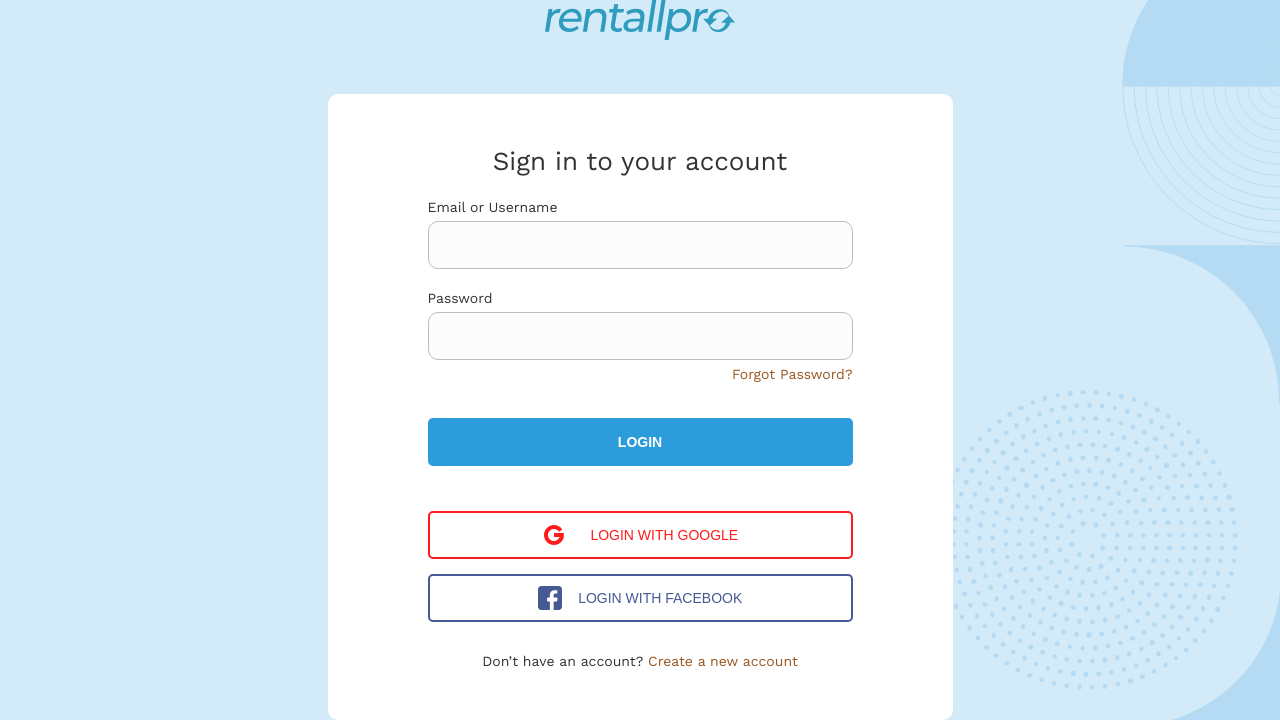
Repository: RentallPro/rentallpro-frontend
Page: /
An editor plug-in stored every save of this project. The page is shown before and after the next save, followed by the edit.
The browser window is 1280 px wide. The pictures show the whole page.
The project was rebuilt for these pictures with package versions that can differ from the ones it lists, and the page was loaded fresh each time.

Above is the page before, as saved 2020-12-09 22:30:50.

### public/index.html
<!DOCTYPE html>
<html lang="en">
  <head>
    <meta charset="utf-8">
    <meta http-equiv="X-UA-Compatible" content="IE=edge">
    <meta name="viewport" content="width=device-width,initial-scale=1.0">
    <link rel="icon" href="<%= BASE_URL %>favicon.ico">
    <link href="https://fonts.googleapis.com/css?family=Work+Sans&display=swap" rel="stylesheet">
    <title><%= htmlWebpackPlugin.options.title %></title>
  </head>
  <body>
    <noscript>
      <strong>We're sorry but <%= htmlWebpackPlugin.options.title %> doesn't work properly without JavaScript enabled. Please enable it to continue.</strong>
    </noscript>
    <div id="app"></div>
    <!-- built files will be auto injected -->
  </body>
</html>

### src/App.vue
<template>
  <div id="app">
    <router-view/>
  </div>
</template>

<style lang="scss">
* {
  margin: 0;
  padding: 0;
  box-sizing: border-box;
}
#app {
  font-family: 'Work Sans', sans-serif;
}
button {
  cursor: pointer;
}
</style>

### src/router/index.js
import Vue from 'vue'
import VueRouter from 'vue-router'
import Home from '../views/Home/Home.vue'

Vue.use(VueRouter)

const routes = [
  {
    path: '/',
    name: 'Home',
    component: Home
  },
  {
    path: '/about',
    name: 'About',
    // route level code-splitting
    // this generates a separate chunk (about.[hash].js) for this route
    // which is lazy-loaded when the route is visited.
    component: () => import(/* webpackChunkName: "about" */ '../views/About.vue')
  }
]

const router = new VueRouter({
  mode: 'history',
  base: process.env.BASE_URL,
  routes
})

export default router

### src/views/Home/Home.vue
<template>
  <div class="home">
    <div class="form-container">
      <div class="logo"><img src="@/assets/logo.svg" alt="logo"></div>
      <div class="form-wrapper">
        <h3 class="form-title">Sign in to your account</h3>
        <div class="input">
          <label for="Email">Email or Username</label>
          <input type="text">
        </div>
        <div class="input">
          <label for="password">Password</label>
          <input type="password">
          <p>Forgot Password?</p>
        </div>
        <button class="login-button button">
          LOGIN
        </button>
        <div class="social-buttons">
          <button class="google-button button">
            <svg width="24" height="24" viewBox="0 0 24 24" fill="none" xmlns="http://www.w3.org/2000/svg">
              <path d="M6 12C6 15.3137 8.68629 18 12 18C14.6124 18 16.8349 16.3304 17.6586 14H12V10H21.8047V14H21.8C20.8734 18.5645 16.8379 22 12 22C6.47715 22 2 17.5228 2 12C2 6.47715 6.47715 2 12 2C15.445 2 18.4831 3.742 20.2815 6.39318L17.0039 8.68815C15.9296 7.06812 14.0895 6 12 6C8.68629 6 6 8.68629 6 12Z" fill="#FF1B1B"/>
            </svg>
            <span>LOGIN WITH GOOGLE</span>
          </button>
          <button class="facebook-button button">
            <svg width="24" height="24" viewBox="0 0 24 24" fill="none" xmlns="http://www.w3.org/2000/svg">
              <path d="M20.7657 0H3.23405C1.44797 0 0 1.44791 0 3.23405V20.7658C0 22.552 1.44791 23.9999 3.23405 23.9999H11.8806L11.8953 15.4236H9.66721C9.37765 15.4236 9.14264 15.1895 9.14152 14.8999L9.13084 12.1354C9.12972 11.8443 9.36544 11.6077 9.65659 11.6077H11.8806V8.93651C11.8806 5.83661 13.7739 4.14869 16.5392 4.14869H18.8083C19.0986 4.14869 19.3341 4.38406 19.3341 4.67444V7.00547C19.3341 7.29573 19.0988 7.53104 18.8086 7.53122L17.4161 7.53187C15.9122 7.53187 15.621 8.24648 15.621 9.29522V11.6078H18.9255C19.2404 11.6078 19.4847 11.8827 19.4476 12.1954L19.1199 14.9599C19.0885 15.2244 18.8642 15.4237 18.5978 15.4237H15.6357L15.621 24H20.7658C22.5519 24 23.9998 22.5521 23.9998 20.766V3.23405C23.9998 1.44791 22.5519 0 20.7657 0Z" fill="#475993"/>
            </svg>
            <span>LOGIN WITH FACEBOOK</span>
          </button>
        </div>
        <p class="option">Don’t have an account? <span>Create a new account</span></p>
      </div>
    </div>
  </div>
</template>

<script>
// @ is an alias to /src

export default {
  name: 'Home',
  components: {
  }
}
</script>

<style lang="scss" src="./Home.scss" scoped></style>

### src/views/Home/Home.scss
.home {
    background: #D3EAF8;
    background-image: url(../../assets/Patern.svg);
    background-repeat: no-repeat;
    background-position-y: top;
    background-position-x: right;
    width: 100%;
    height: 100vh;
    .form-container {
        max-width: 625px;
        display: block;
        margin: auto;
        .button {
            height: 48px;
            width: 100%;
            border-radius: 5px;
            font-size: 14px;
            line-height: 18px;
        }
        .logo {
            text-align: center;
        }
        .form-wrapper {
            width: 100%;
            padding: 50px 100px;
            background: #FFFFFF;
            border-radius: 10px;
            margin-top: 50px;
            .form-title {
                font-style: normal;
                font-weight: 500;
                font-size: 26px;
                line-height: 34px;
                color: #333333;
                text-align: center;
            }
            .input {
                display: flex;
                flex-direction: column;
                margin-top: 20px;
                label {
                    font-style: normal;
                    font-weight: normal;
                    font-size: 14px;
                    line-height: 18px;
                    color: #333333;
                }
                input {
                    height: 48px;
                    background: #FCFCFC;
                    border: 1px solid #BDBDBD;
                    border-radius: 10px;
                    margin-top: 5px;
                }
                p {
                    font-weight: normal;
                    font-size: 14px;
                    line-height: 18px;
                    color: #995620;
                    text-align: right;
                    margin-top: 5px;
                }
            }
            .login-button {
                background: #2D9CDB;
                border: 2px solid #2D9CDB;
                font-style: normal;
                font-weight: bold;
                color: #FFFFFF;
                margin-top: 35px;
            }
            .social-buttons {
                margin-top: 45px;
                .google-button {
                    display: flex;
                    align-items: center;
                    justify-content: space-around;
                    padding: 0 100px;
                    color: #FF1B1B;
                    border: 2px solid #FF1B1B;
                    font-weight: 500;
                    background-color: #FFFFFF;
                }
                .facebook-button {
                    display: flex;
                    align-items: center;
                    justify-content: space-around;
                    padding: 0 100px;
                    color: #475993;
                    border: 2px solid #475993;
                    background-color: #FFFFFF;
                    font-weight: 500;
                    margin-top: 15px;
                }
            }
            .option {
                font-style: normal;
                font-weight: normal;
                font-size: 14px;
                line-height: 18px;
                color: #333333;
                text-align: center;
                margin-top: 30px;
                span {
                    color: #995620;
                }
            }
        }
    }
}
@media screen and (max-width: 768px) {
    .home {
        background-image: none;
        height: auto;
        background-color: #FFFFFF;
        .form-container {
            padding-top: 75px;
            .logo {
                img {
                    height: 24px;
                }
            }
            .form-wrapper {
                padding: 20px;
            }
        }
    }
}

Loaded but not shown: src/main.js (common file); src/store/index.js (common file)

After the next save:
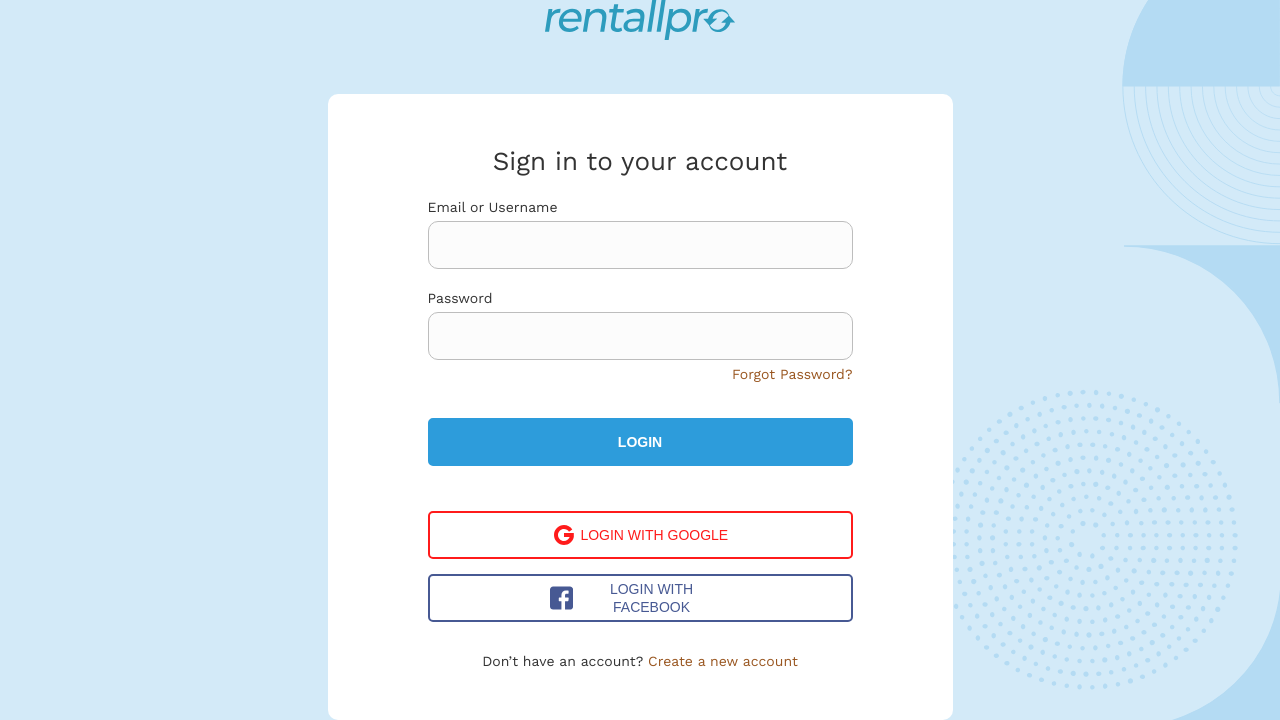
Saved 12 s later.
--- a/src/views/Home/Home.scss
+++ b/src/views/Home/Home.scss
@@ -75,7 +75,7 @@
                     display: flex;
                     align-items: center;
                     justify-content: space-around;
-                    padding: 0 100px;
+                    padding: 0 120px;
                     color: #FF1B1B;
                     border: 2px solid #FF1B1B;
                     font-weight: 500;
@@ -85,7 +85,7 @@
                     display: flex;
                     align-items: center;
                     justify-content: space-around;
-                    padding: 0 100px;
+                    padding: 0 120px;
                     color: #475993;
                     border: 2px solid #475993;
                     background-color: #FFFFFF;

After the save that followed:
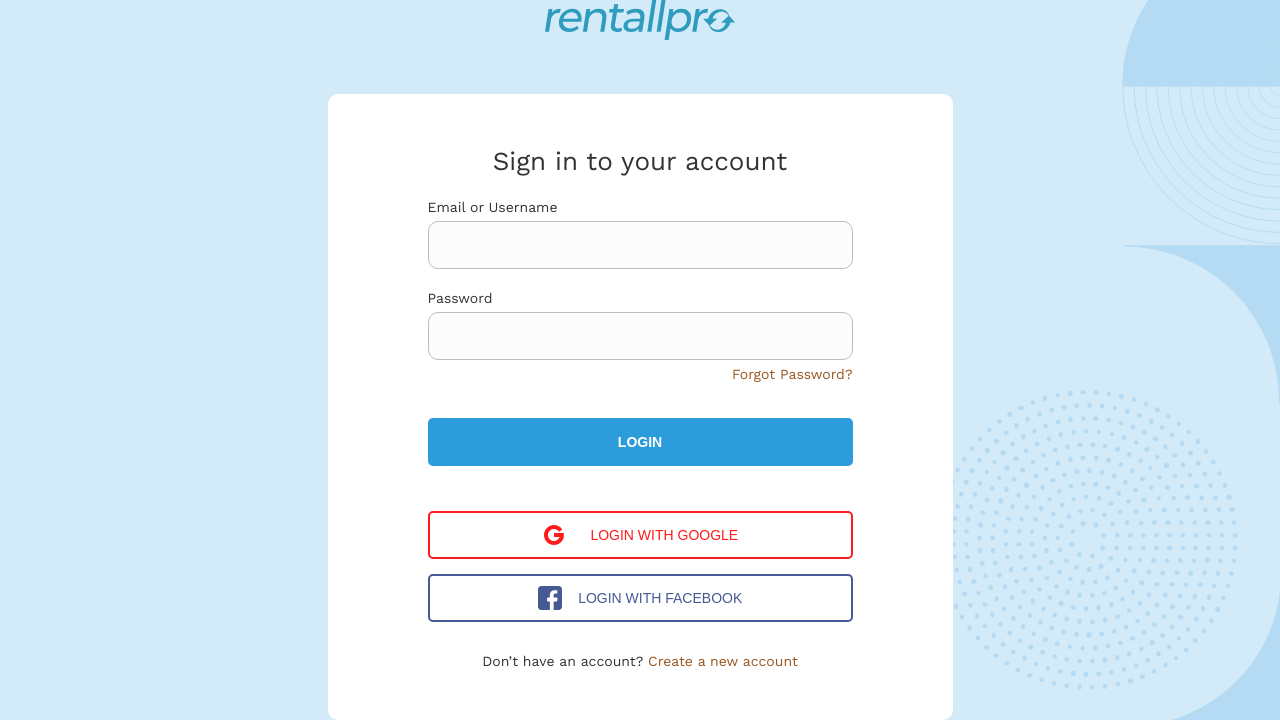
Saved 6 s later.
--- a/src/views/Home/Home.scss
+++ b/src/views/Home/Home.scss
@@ -75,7 +75,7 @@
                     display: flex;
                     align-items: center;
                     justify-content: space-around;
-                    padding: 0 120px;
+                    padding: 0 100px;
                     color: #FF1B1B;
                     border: 2px solid #FF1B1B;
                     font-weight: 500;
@@ -85,7 +85,7 @@
                     display: flex;
                     align-items: center;
                     justify-content: space-around;
-                    padding: 0 120px;
+                    padding: 0 100px;
                     color: #475993;
                     border: 2px solid #475993;
                     background-color: #FFFFFF;
